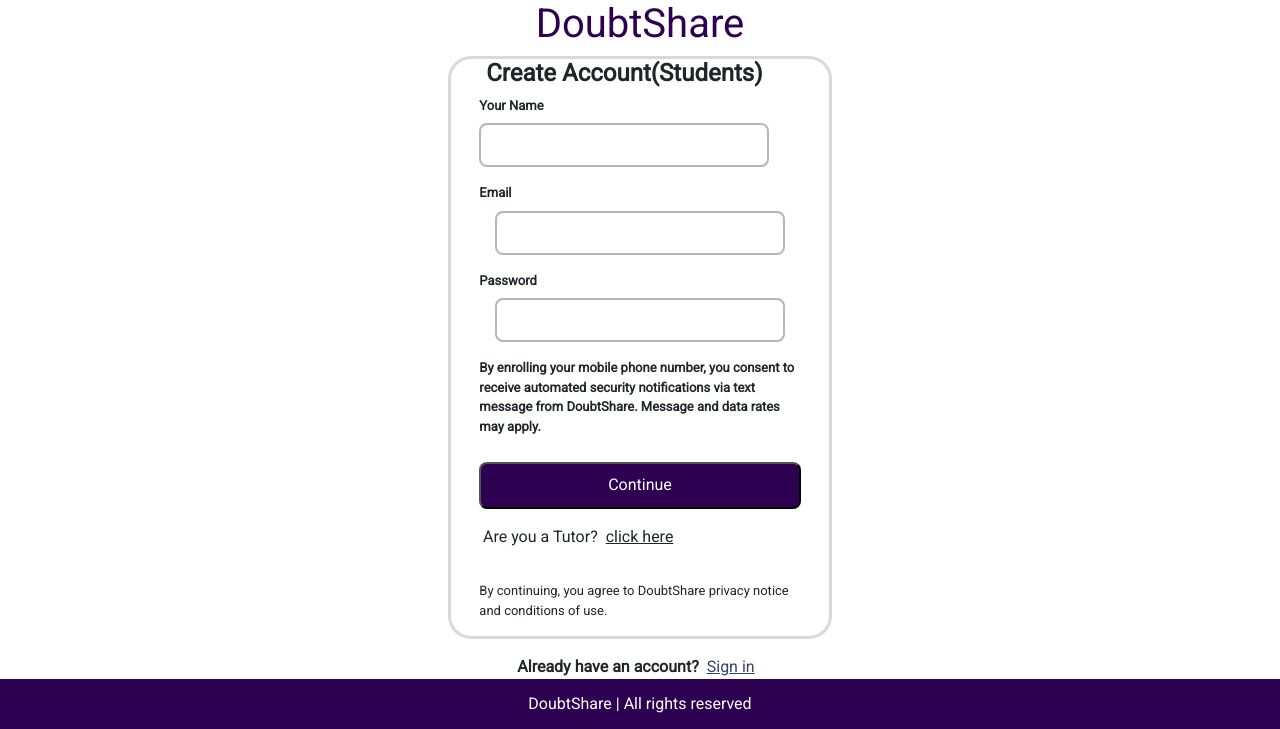
Repository: drumsmanku/doubtshare
Page: /register/student (app in frontend/)
These files come from the project's save history. The page is drawn as it stood at one moment and after the next save; the edit follows.
The browser window is 1280 px wide. The pictures show the whole page.
The project was rebuilt for these pictures with package versions that can differ from the ones it lists, and the page was loaded fresh each time. Also part of the build but not shown: frontend/src/App.css, frontend/src/Components/Dashboard/Sidebar.js, frontend/src/Components/Dashboard/Profile.js, frontend/src/Components/CreateDoubtForm/CreateDoubtForm.js, frontend/src/Components/Dashboard/Dashboard.js, frontend/src/Components/Login/Login.js, frontend/src/Components/LoginTutor/LoginTutor.js, frontend/src/Components/RegisterTutor/RegisterTutor.js and 1 more.

Above is the page before, as saved 2023-12-30 21:02:20.

After the next save:
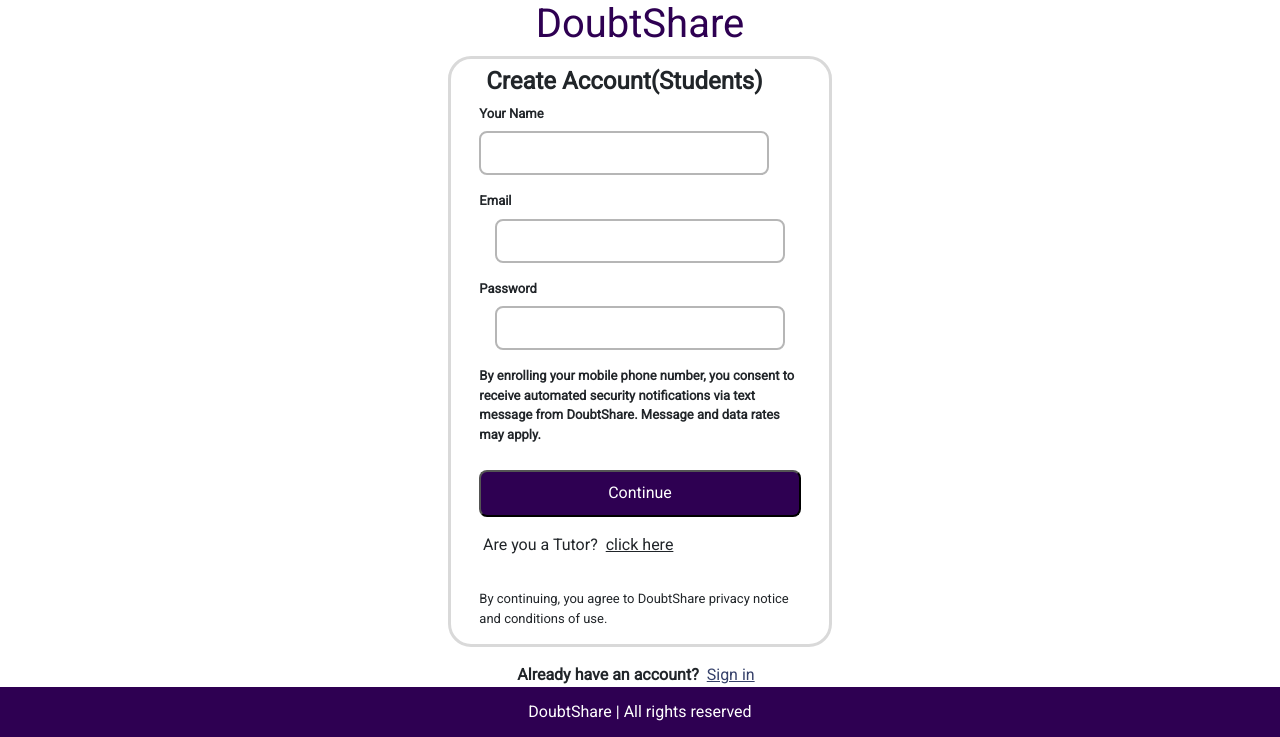
Saved 21 s later.
--- a/frontend/src/Components/Register/Register.js
+++ b/frontend/src/Components/Register/Register.js
@@ -60,7 +60,7 @@
       <form className={styles.form}>
 
         <div className={styles.inputContainer}>
-          <h4 style={{alignSelf:'start', paddingLeft:'2.2rem', fontWeight:600}}>Create Account(Students)</h4>
+          <h4 style={{alignSelf:'start', paddingLeft:'2.2rem', fontWeight:600, marginTop:'0.5rem'}}>Create Account(Students)</h4>
           <div style={DivStyles}>
             <label htmlFor="name" style={{fontWeight:600, fontSize:'small' }}>Your Name</label>
             <input type="text" name="name" value={user.name} onChange={handleChange} style={InputStyles}/>
